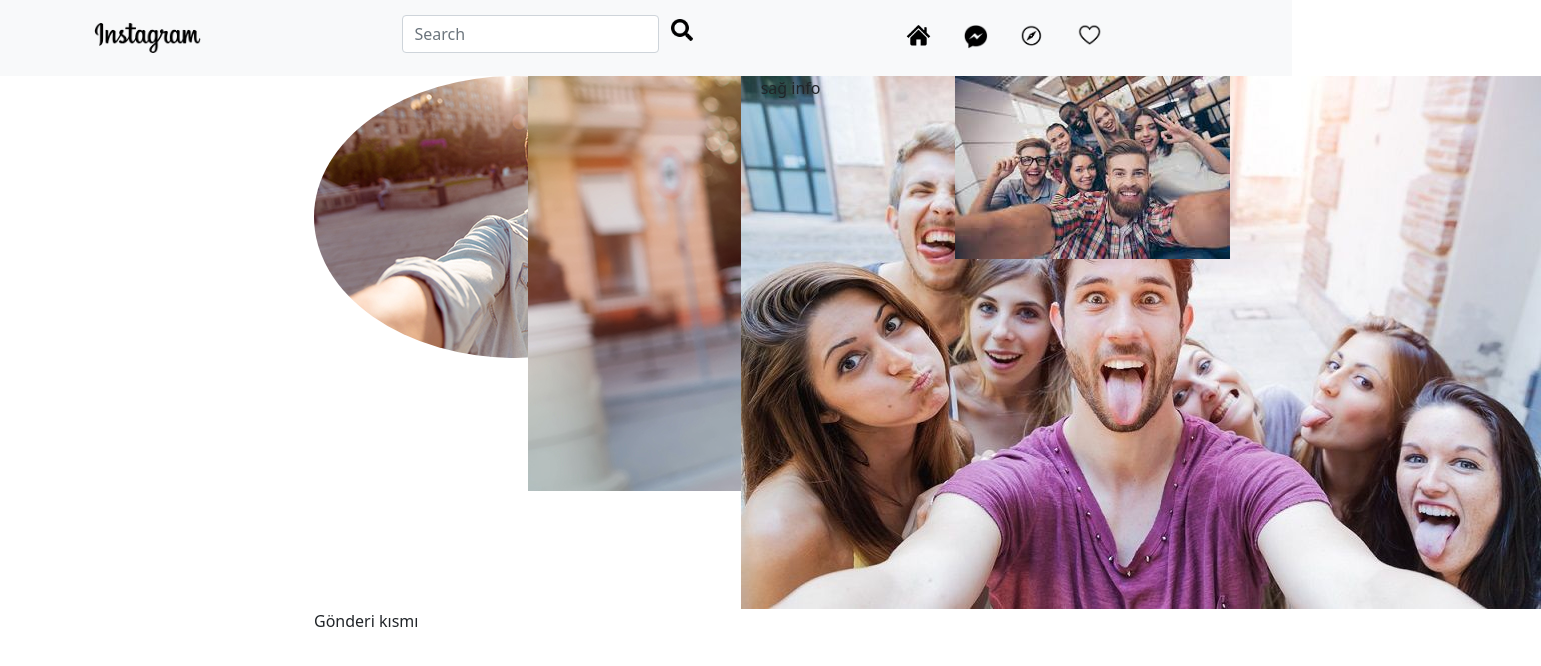
Repository: adnanyagmur/React-Instagram-Clone-Bootstrap
Page: /
The author's editor kept a copy of each file at every save. The page is drawn from the files as they stood at one save, then again after the next save.
The browser window is 1280 px wide. The page is 1541 px wide, so the pictures cover 1541 px, including what lies to the right of the window. The pictures show the whole page.
The project was rebuilt for these pictures with package versions that can differ from the ones it lists, and the page was loaded fresh each time.

Above is the page before, as saved 2022-07-04 17:21:18.

After the next save:
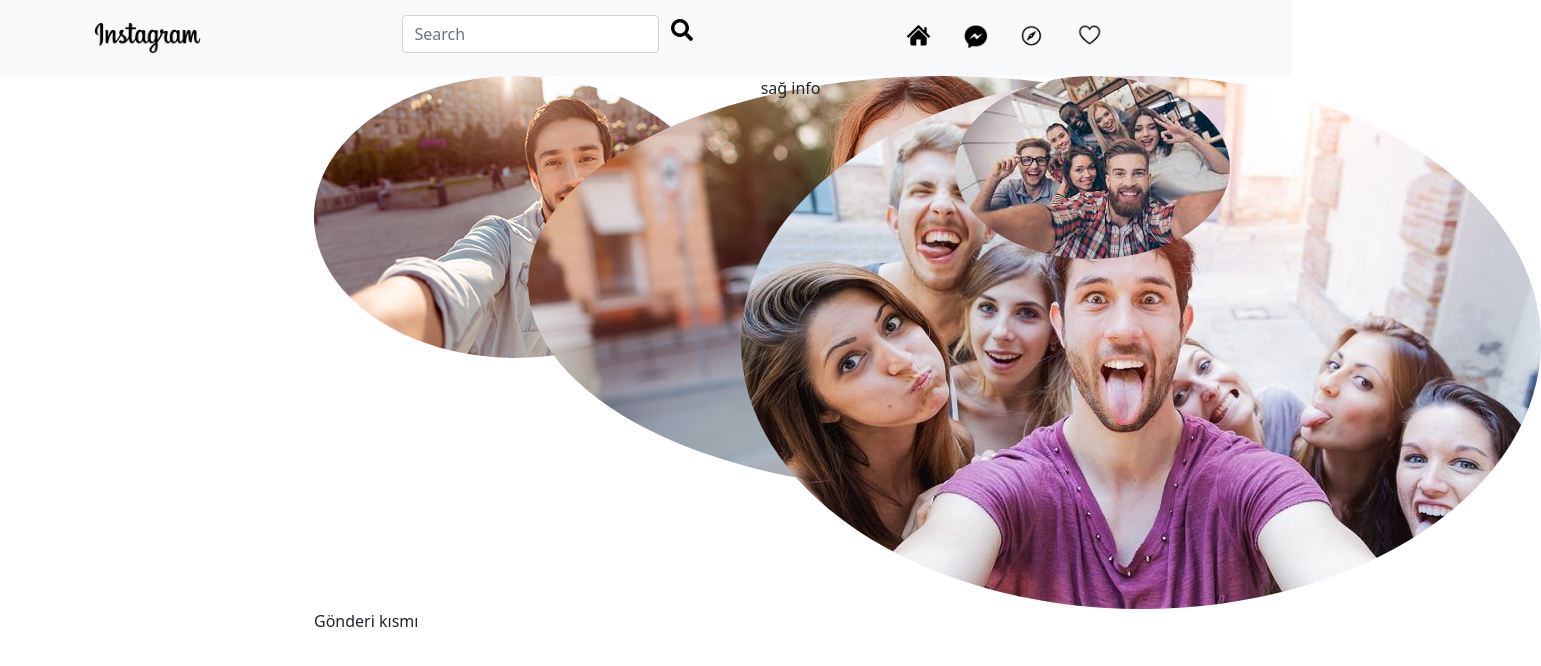
Saved 17 s later.
--- a/src/components/StoryBar.jsx
+++ b/src/components/StoryBar.jsx
@@ -14,13 +14,13 @@
                     <Image src={Person1} roundedCircle ></Image>
                 </Col>
                 <Col sm={3}>
-                    <Image src={Person2}></Image>
+                    <Image src={Person2} roundedCircle></Image>
                 </Col>
                 <Col sm={3}>
-                    <Image src={Person3}></Image>
+                    <Image src={Person3} roundedCircle></Image>
                 </Col>
                 <Col sm={3}>
-                     <Image src={Person4}></Image>
+                     <Image src={Person4} roundedCircle></Image>
                 </Col>
             </Row>
         </Nav>
